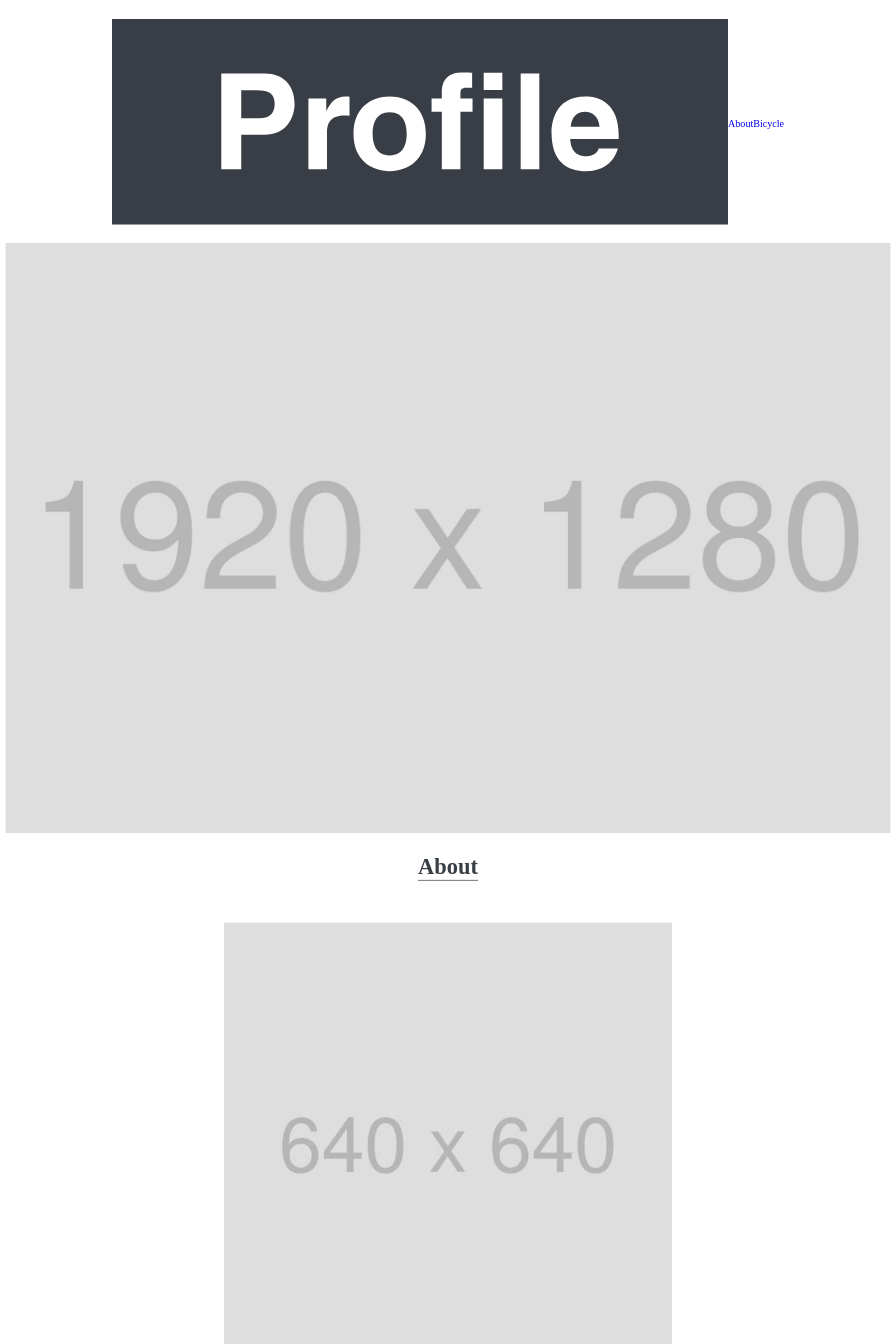
Repository: Fuki-san/bicycle
Page: http://localhost/profile
An editor plug-in stored every save of this project. The page is shown before and after the next save, followed by the edit.
The browser window is 1280 px wide. The pictures show the part of the page from y = 0 to 1920 px (the page is 4208 px tall before and 4188 px after), at 70% of full size.
The page is served by the project's Laravel application, run on PHP 8.4 with Laravel 10. Other server files are loaded and not shown.

Above is the page before, as saved 2023-11-18 11:49:26.

### routes/web.php
<?php

use Illuminate\Support\Facades\Route;

/*
|--------------------------------------------------------------------------
| Web Routes
|--------------------------------------------------------------------------
|
| Here is where you can register web routes for your application. These
| routes are loaded by the RouteServiceProvider and all of them will
| be assigned to the "web" middleware group. Make something great!
|
*/

Route::get('profile', function() {
    return view('bicycle');
})->name('profile');

### resources/views/bicycle.blade.php
@extends('layouts.main')

@section('title', 'Bicycle')

### resources/views/layouts/main.blade.php
<!DOCTYPE html>
<html lang="ja">

<head>
    <meta charset="UTF-8">
    <meta name="viewport" content="width=device-width, initial-scale=1.0">
    <meta http-equiv="X-UA-Compatible" content="ie=edge">
    <link rel="stylesheet" href="{{ asset('css/reset.css') }}">
    <link rel="stylesheet" href="{{ asset('css/style.css') }}">
    <link rel="icon" href="images/img/favicon.ico">
    <title>@yield('title')</title>
</head>

<body>
    <header class="wrapper" id="header">
        <h1 class="site-title"><a href="{{ route('profile') }}"><img src="images/img/logo.svg"></a></h1>
        <nav>
            <ul>
                <li><a href="#about">About</a></li>
                <li><a href="#bicycle">Bicycle</a></li>
            </ul>
        </nav>
    </header>

    <main>
        <div id="mainvisual"><img src="images/img/mainvisual.jpg"></div>

        <section id="about" class="wrapper">
            <h2 class="section-title">About</h2>
            <div class="content">
                <img src="images/img/about.jpg">
                <div class="text">
                    <h3 class="content-title">KAKERU MIYAICH</h3>
                    <p>ƒeƒLƒXƒgƒeƒLƒXƒg</p>
                </div>
            </div>
        </section>

        <section id="bicycle" class="wrapper">
            <h2 class="section-title">Bicycle</h2>
                <ul>
                    <li><img src="images/img/bicycle1.jpg">
                        <h3 class="content-title">ƒ^ƒCƒgƒ‹ƒ^ƒCƒgƒ‹</h3>
                        <p>ƒeƒLƒXƒgƒeƒLƒXƒg</p>
                    </li>
                    <li><img src="images/img/bicycle2.jpg">
                        <h3 class="content-title">ƒ^ƒCƒgƒ‹ƒ^ƒCƒgƒ‹</h3>
                        <p>ƒeƒLƒXƒgƒeƒLƒXƒg</p>
                    </li>
                    <li><img src="images/img/bicycle3.jpg">
                        <h3 class="content-title">ƒ^ƒCƒgƒ‹ƒ^ƒCƒgƒ‹</h3>
                        <p>ƒeƒLƒXƒgƒeƒLƒXƒg</p>
                    </li>
                </ul>
        </section>
    </main>

    <footer id="footer">
        <p>&copy; 2023 Profile</p>
    </footer>
</body>

</html>

### public/css/style.css
@charset "UTF-8";

html{
    font-size: 100%;
}

body{
    font-size: 0.9rem;
    color: #383e45;
}

img{
    max-width: 100%;
}

li{
    list-style: none;
}

a{
    text-decoration: none;
}

.site-title a{
    display: block;
}

.section-title{
    display: inline-block;
    font-size: 2rem;
    border-bottom: solid 1px #383e45;
    margin-bottom: 60px;
    text-align: center;
}

.content-title{
    font-size: 1rem;
    margin: 10px 0;
}

.wrapper{
    margin: 0 auto 100px auto;
    padding: 0 4%;
    text-align: center;
    max-width: 960px;
}

/* header */

#header{
    margin: 0 auto;
    display: flex;
    align-items: center;
    justify-content: space-between;
}

#header ul{
    display: flex;
    padding: 10px 0;
}

#header li{
    margin-left: ;
}

### public/img/logo.svg
<?xml version="1.0" encoding="utf-8"?>
<!-- Generator: Adobe Illustrator 15.1.0, SVG Export Plug-In . SVG Version: 6.00 Build 0)  -->
<!DOCTYPE svg PUBLIC "-//W3C//DTD SVG 1.1//EN" "http://www.w3.org/Graphics/SVG/1.1/DTD/svg11.dtd">
<svg version="1.1" id="レイヤー_1" xmlns="http://www.w3.org/2000/svg" xmlns:xlink="http://www.w3.org/1999/xlink" x="0px"
	 y="0px" width="1500px" height="500px" viewBox="0 0 1500 500" enable-background="new 0 0 1500 500" xml:space="preserve">
<g>
	<rect x="0" fill="#393E46" width="1500" height="500"/>
</g>
<g>
	<path fill="#FFFFFF" d="M314.698,365.466h-48.583v-232.55h106.235c45.02,0,72.227,28.825,72.227,74.493
		c0,21.052-11.66,74.169-74.171,74.169h-55.708V365.466z M359.719,241.417c36.275,0,36.275-25.911,36.275-36.275
		c0-22.672-12.632-32.064-42.754-32.064h-38.542v68.34H359.719z"/>
	<path fill="#FFFFFF" d="M478.26,193.158h43.4v29.799h0.646c9.395-17.49,19.758-34.333,47.288-34.333
		c2.915,0,5.83,0.323,8.745,0.647v45.992c-3.887-0.648-8.745-0.648-12.956-0.648c-35.303,0-41.78,22.024-41.78,41.133v89.718H478.26
		V193.158z"/>
	<path fill="#FFFFFF" d="M676.155,370c-46.315,0-88.097-28.501-88.097-90.688c0-62.186,41.781-90.688,88.097-90.688
		c46.316,0,88.097,28.503,88.097,90.688C764.252,341.499,722.472,370,676.155,370z M676.155,226.843
		c-34.979,0-41.457,30.445-41.457,52.47c0,22.023,6.478,52.469,41.457,52.469s41.458-30.445,41.458-52.469
		C717.613,257.288,711.135,226.843,676.155,226.843z"/>
	<path fill="#FFFFFF" d="M848.461,365.466h-45.344V225.547h-24.939v-32.389h24.939v-13.927c0-35.628,19.434-49.231,50.527-49.231
		c13.278,0,19.432,0.323,23.318,0.648v36.599h-12.631c-15.547,0-15.871,4.858-15.871,19.109v6.802h29.474v32.389h-29.474V365.466z"
		/>
	<path fill="#FFFFFF" d="M950.484,172.754H905.14v-42.105h45.345V172.754z M950.484,193.158v172.308H905.14V193.158H950.484z"/>
	<path fill="#FFFFFF" d="M1040.524,365.466h-45.344v-232.55h45.344V365.466z"/>
	<path fill="#FFFFFF" d="M1231.94,314.939c-11.982,41.457-46.314,55.061-75.788,55.061c-48.584,0-85.83-23.319-85.83-94.252
		c0-20.728,7.125-87.124,82.592-87.124c34.008,0,80.971,16.194,80.971,94.898v8.097h-118.219
		c1.296,12.956,3.887,42.105,40.486,42.105c12.631,0,25.586-6.479,29.148-18.785H1231.94z M1187.245,262.146
		c-2.591-27.855-20.404-36.275-34.979-36.275c-21.377,0-32.713,13.604-35.304,36.275H1187.245z"/>
</g>
</svg>

After the next save:
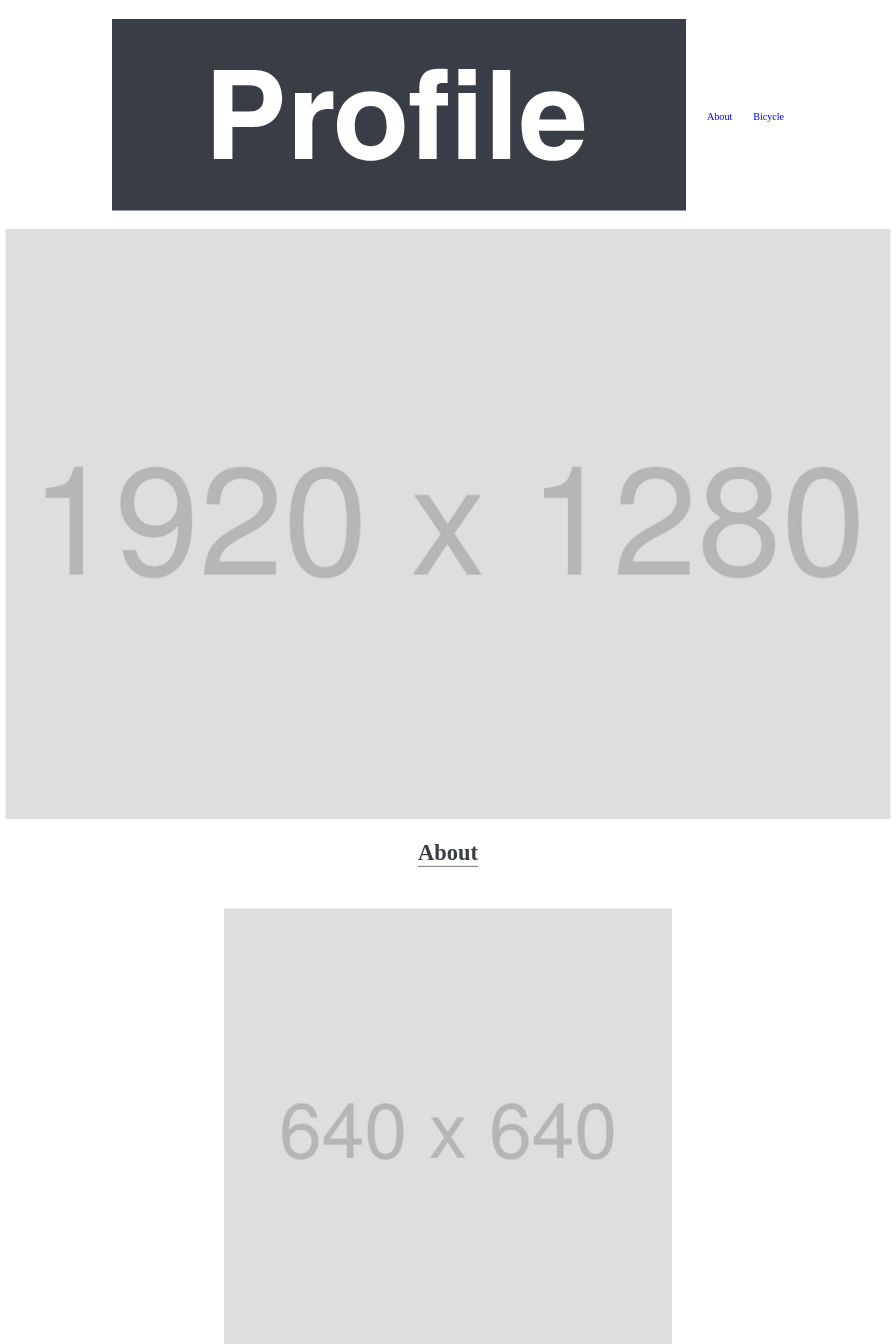
Saved 5 s later.
--- a/public/css/style.css
+++ b/public/css/style.css
@@ -60,5 +60,5 @@ a{
 }
 
 #header li{
-    margin-left: ;
+    margin-left: 30px;
 }
